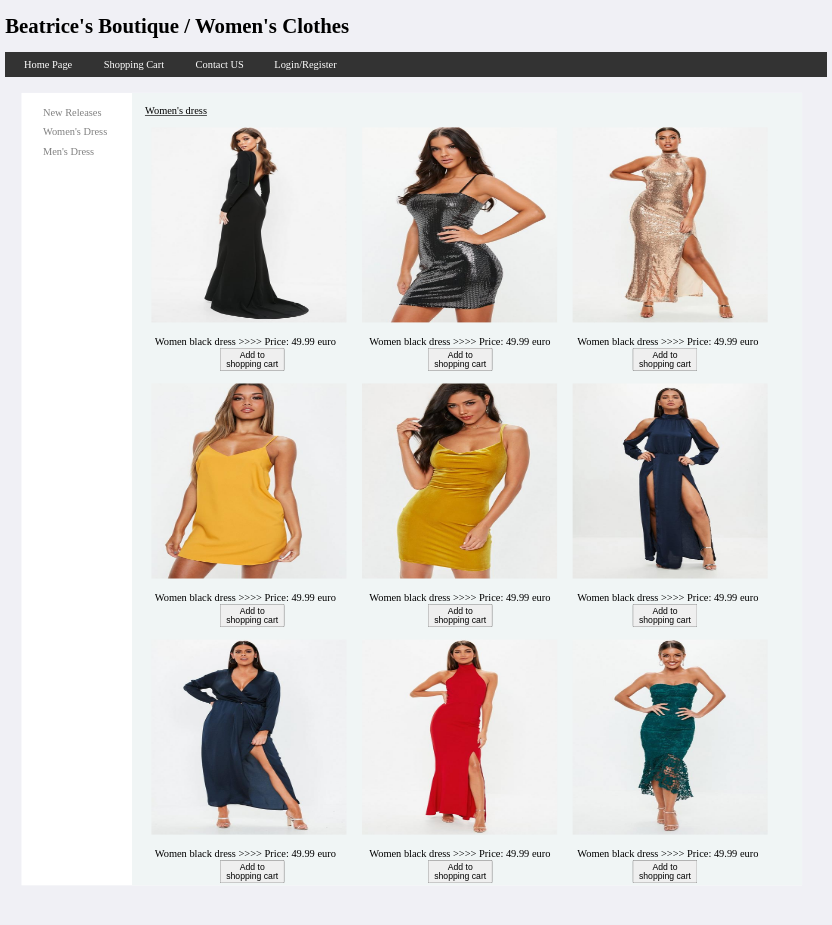
Repository: IosifDobos/Beatrice-Boutique
Page: http://localhost/BeatriceBoutique/womensClothes.jsp
An editor plug-in stored every save of this project. The page is shown before and after the next save, followed by the edit.
The browser window is 1280 px wide. The pictures show the whole page, at 65% of full size.
The page is served by Tomcat 9.

Above is the page before, as saved 2018-12-05 14:49:40.

After the next save:
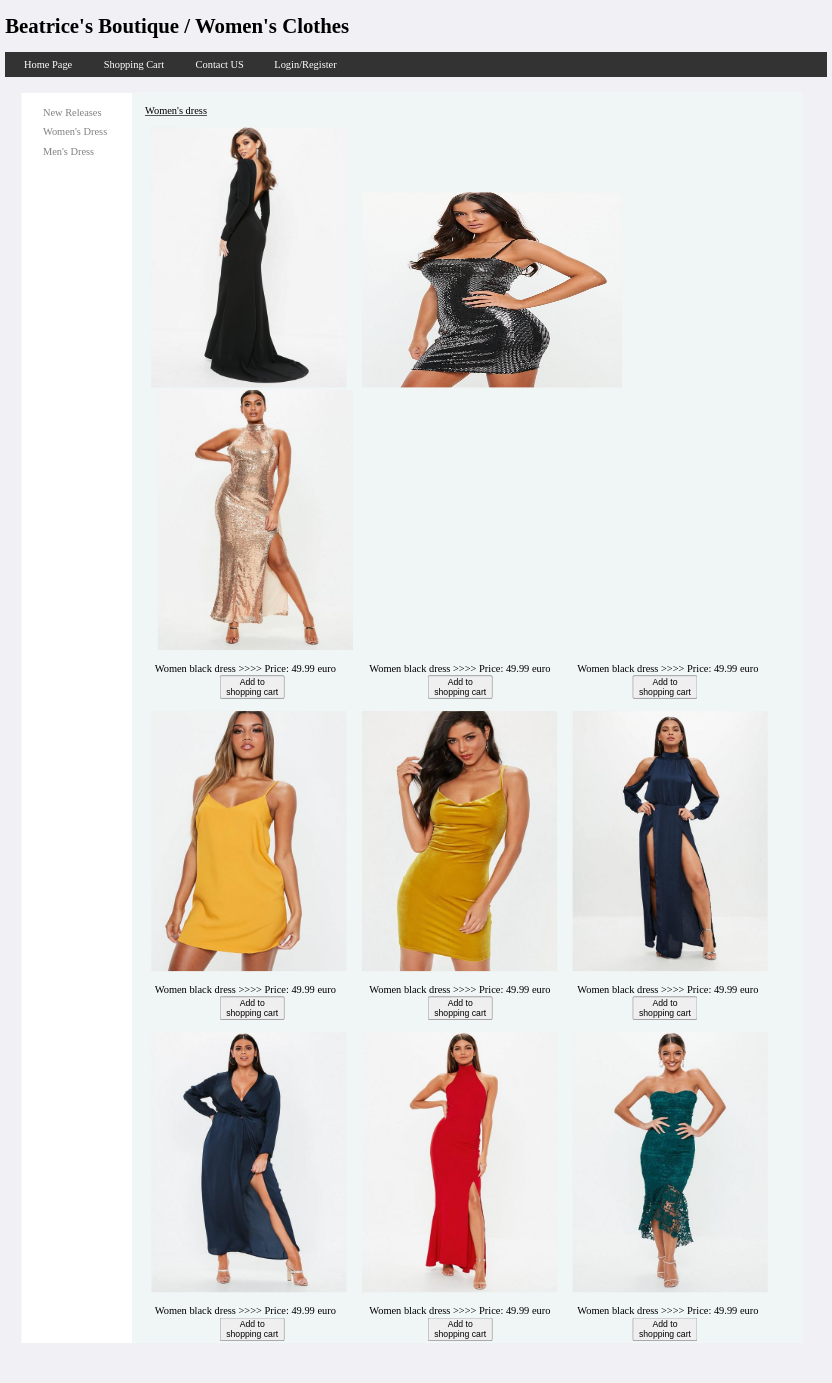
Saved 71 s later.
--- a/BeatriceBoutique/Java/WorkSpace/BeatriceBoutique/WebContent/womensClothes.jsp
+++ b/BeatriceBoutique/Java/WorkSpace/BeatriceBoutique/WebContent/womensClothes.jsp
@@ -28,11 +28,11 @@
 		<div id="right-side">
 			<p><u>Women's dress</u></p>
 
-			<img alt="dress" src="womens-img/black-open-back-maxi-dress.jpg" width="300" height="300" style="margin-left: 10px;">
+			<img alt="dress" src="womens-img/black-open-back-maxi-dress.jpg" width="300" height="400" style="margin-left: 10px;">
 
-			<img alt="dress1" src="womens-img/black-sewn-through-disc-bodycon-mini-dress.jpg" width="300" height="300" style="margin-left: 20px;">
+			<img alt="dress1" src="womens-img/black-sewn-through-disc-bodycon-mini-dress.jpg" width="400" height="300" style="margin-left: 20px;">
 
-			<img alt="dress2" src="womens-img/gold-sequin-choker-maxi-dress.jpg" width="300" height="300" style="margin-left: 20px;">
+			<img alt="dress2" src="womens-img/gold-sequin-choker-maxi-dress.jpg" width="300" height="400" style="margin-left: 20px;">
 			<div id="product-1">
 				<p>Women black dress >>>>  Price: 49.99 euro</p>
 			</div>
@@ -61,11 +61,11 @@
 				</button>
 			</div>
 			<br><br><br><br><br><br>
-			<img alt="dress3" src="womens-img/mustard-cami-shift-dress.jpg" width="300" height="300" style="margin-left: 10px;">
+			<img alt="dress3" src="womens-img/mustard-cami-shift-dress.jpg" width="300" height="400" style="margin-left: 10px;">
 
-			<img alt="dress4" src="womens-img/mustard-velvet-cowl-mini-dress.jpg" width="300" height="300" style="margin-left: 20px;">
+			<img alt="dress4" src="womens-img/mustard-velvet-cowl-mini-dress.jpg" width="300" height="400" style="margin-left: 20px;">
 
-			<img alt="dress5" src="womens-img/navy-split-front-maxi-dress.jpg" width="300" height="300" style="margin-left: 20px;">
+			<img alt="dress5" src="womens-img/navy-split-front-maxi-dress.jpg" width="300" height="400" style="margin-left: 20px;">
 			<div id="product-1">
 				<p>Women black dress >>>>  Price: 49.99 euro</p>
 			</div>
@@ -94,11 +94,11 @@
 				</button>
 			</div>
 			<br><br><br><br><br><br>
-			<img alt="dress6" src="womens-img/plus-size-navy-wrap-front-knot-dress.jpg" width="300" height="300" style="margin-left: 10px;">
+			<img alt="dress6" src="womens-img/plus-size-navy-wrap-front-knot-dress.jpg" width="300" height="400" style="margin-left: 10px;">
 
-			<img alt="dress7" src="womens-img/red-choker-maxi-dress.jpg" width="300" height="300" style="margin-left: 20px;">
+			<img alt="dress7" src="womens-img/red-choker-maxi-dress.jpg" width="300" height="400" style="margin-left: 20px;">
 
-			<img alt="dress8" src="womens-img/teal-lace-bandeau-bust-cup-midi-dress.jpg" width="300" height="300" style="margin-left: 20px;">
+			<img alt="dress8" src="womens-img/teal-lace-bandeau-bust-cup-midi-dress.jpg" width="300" height="400" style="margin-left: 20px;">
 			<div id="product-1">
 				<p>Women black dress >>>>  Price: 49.99 euro</p>
 			</div>
